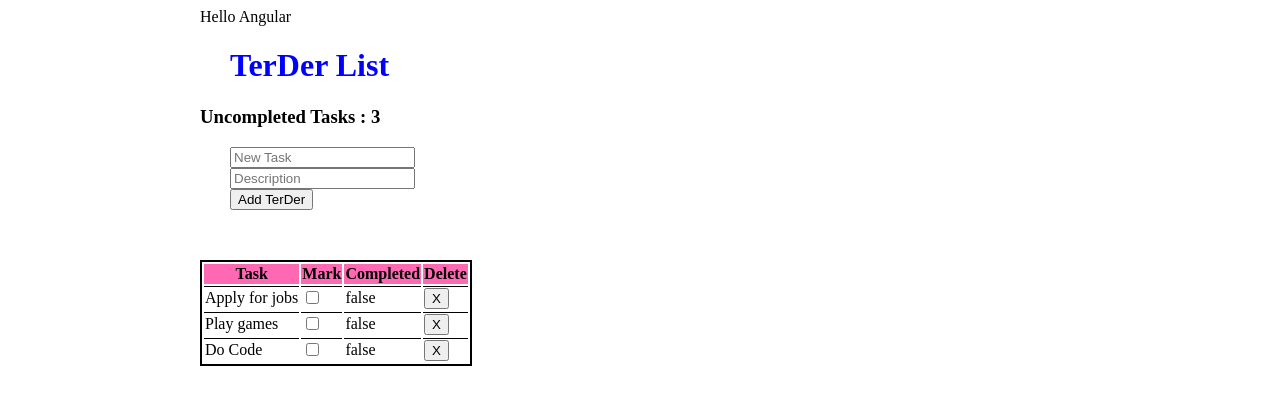
Repository: dstumpe264/AngularTodo
Page: http://localhost/MVCProject/
The author's editor kept a copy of each file at every save. The page is drawn from the files as they stood at one save, then again after the next save.
The browser window is 1280 px wide. The pictures show the whole page.
Some web libraries are served in a nearby version. The page is served by Tomcat 9. Other server files are loaded and not shown.

Above is the page before, as saved 2018-01-05 18:25:29.

### MVCProject/WebContent/index.html
<!DOCTYPE html>
<html ng-app="appModule">
<head>
<meta charset="UTF-8">
<title>ngTodo</title>
<script
	src=https://cdnjs.cloudflare.com/ajax/libs/angular.js/1.5.7/angular.min.js>
</script>
<script src="https://ajax.googleapis.com/ajax/libs/jquery/3.2.1/jquery.min.js"></script>
<script src='app/appModule/app.module.js'></script>
<script src='app/appModule/todoList/todoList.component.js'></script>
<script src='app/appModule/todo.service.js'></script>
<link rel="stylesheet" type="text/css" href="css/app.css">
</head>
<body>
{{ 'Hello Angular' }}
<br>
<todo-list></todo-list>
</body>
</html>

### MVCProject/WebContent/app/appModule/app.module.js
angular.module('appModule', []);

### MVCProject/WebContent/app/appModule/todoList/todoList.component.js


angular.module('appModule')
.component('todoList',{
	templateUrl : 'app/appModule/todoList/todoList.component.html',
	controller :	 function(todoService) {
		var vm = this;


		vm.selected = null;
		vm.edit = null;


	    vm.todos = [];

	    vm.todos = todoService.index();

	    vm.getNumTodos = function(todos){
	    	var counter = 0;
	    		todos.forEach(function(todo){
	    			if (todo.completed === false) {
						counter++;
					}
	    		})
	    		return counter;
	    }

	    vm.addTodo = function(todo){
	    		todoService.create(todo);
	    		vm.todos = todoService.index();
	    }


			vm.detailedView = function(todo){
				var copy = angular.copy(todo);
				vm.selected = copy;
			}

			vm.setEditTodo = function(todo){
				vm.editTodo = angular.copy(vm.selected);

			}
			vm.updateTodo = function(todo){
				todoService.update(todo);
				vm.selected = null;
			}
			vm.displayTable = function(){
				vm.selected = null;
			}
			vm.destroy = function(todo){
				console.log(todo);
				todoService.destroy(todo);
				vm.todos = todoService.index();
				vm.selected = null;
			}

	},
	controllerAs : 'vm'
})

### MVCProject/WebContent/app/appModule/todo.service.js
angular.module('appModule')
.factory('todoService', function(){
	var service = {};

	var todos = [
        {
	          id : 1,
	          task : 'Apply for jobs',
	          description : '',
	          completed : false
	        },
	        {
	          id : 2,
	          task : 'Play games',
	          description : '',
	          completed : false
	        },
	        {
	          id : 3,
	          task : 'Do Code',
	          description : '',
	          completed :  false
	        }
	];

	service.index = function(){
		return todos;
	};
	service.create = function(todo){
		var copy = angular.copy(todo);
//		todo.description = '';
		todo.completed = false;
		todo.id = generateId();
		todos.push(todo);
	};
    var generateId = function() {
  	  return todos[todos.length-1].id + 1;
  	};

	service.update = function(todo){
		todos.forEach(function(item, index, array){
			if (item.id === todo.id) {
				array.splice(index, 1, todo);
			}
		});
	};

	service.destroy = function(todo){
		todos.forEach(function(item, index, array){
			if (item.id === todo.id) {
				array.splice(index, 1);
			}
		});

	};

	return service;
})

### MVCProject/WebContent/css/app.css
body{
	margin-left: 200px;
}
h1{
  color: blue;
  margin-left:30px;
}
table{
  border: 2px solid;
  margin-top: 50px;
}
td{
  border-top: solid 1px;
}
thead{
	background-color: hotpink;
}
.detail{
	width: 35%;
	border: solid 2px;
	text-align: center;
	  margin-top: 50px;
}
.add{
	margin-left:30px;
}

### MVCProject/WebContent/app/appModule/todoList/todoList.component.html
<h1>TerDer List</h1>
<h3>Uncompleted Tasks : {{vm.getNumTodos(vm.todos)}}</h3>
<form ng-hide="vm.selected" class="add">
  <input type="text" placeholder="New Task" ng-model="todo.task"><br>
  <input type="text" placeholder="Description" ng-model="todo.description"><br>
  <input type="submit" ng-click="vm.addTodo(todo); todo = {}" value="Add TerDer">
</form>
<table ng-show="!vm.selected">
  <thead>
    <tr>
      <th>Task</th>
      <th>Mark</th>
      <th>Completed</th>
      <th>Delete</th>
    </tr>
</thead>
  <tbody>
    <tr ng-repeat="todo in vm.todos">
      <td ng-click="vm.detailedView(todo)">{{todo.task}}</td>
      <td><input type="checkbox" ng-model="todo.completed">  </td>
      <td>{{todo.completed}}</td>
      <td><button type="button" ng-click="vm.destroy(todo)">X</button></td>
    </tr>
  </tbody>
</table>
<div class="detail" ng-model="vm.selected" ng-show="vm.selected">
<h2>Detailed View</h1>
<hr>
  <h2>Task: {{vm.selected.task}}</h2>
  <h4>Description: {{vm.selected.description}}</h4>
  <h4>Completed: {{vm.selected.completed}}</h4>
  <div ng-model="vm.editTodo" ng-show="vm.editTodo">
    <form>
      <input type="text" placeholder="Task" ng-model="vm.editTodo.task"><br>
      <input type="text" placeholder="Description" ng-model="vm.editTodo.description"><br>
      <input type="submit" ng-click="vm.updateTodo(vm.editTodo); vm.editTodo = false" value="Save">
      <input type="submit" ng-click="vm.editTodo = null" value="Cancel">
    </form>
  </div>
  <button type="button" ng-click="vm.setEditTodo()">Edit</button>
  <button type="button" ng-click="vm.destroy(vm.selected)">Delete</button>
  <button type="button" ng-click="vm.displayTable(); vm.editTodo = null">Return</button>
</div>

After the next save:
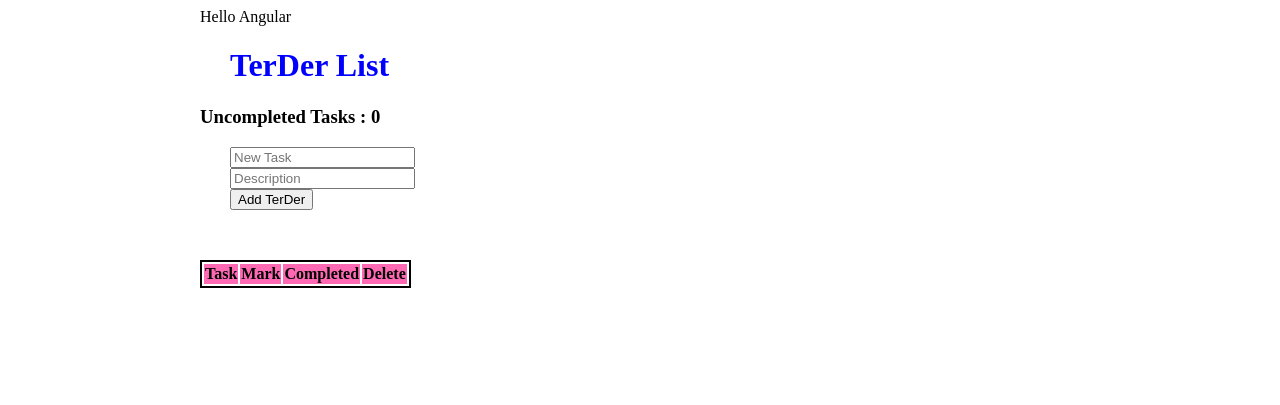
Saved 6 min 53 s later.
--- a/MVCProject/WebContent/app/appModule/todo.service.js
+++ b/MVCProject/WebContent/app/appModule/todo.service.js
@@ -2,26 +2,9 @@ angular.module('appModule')
 .factory('todoService', function(){
 	var service = {};
 
-	var todos = [
-        {
-	          id : 1,
-	          task : 'Apply for jobs',
-	          description : '',
-	          completed : false
-	        },
-	        {
-	          id : 2,
-	          task : 'Play games',
-	          description : '',
-	          completed : false
-	        },
-	        {
-	          id : 3,
-	          task : 'Do Code',
-	          description : '',
-	          completed :  false
-	        }
-	];
+	var todos = [];
+
+
 
 	service.index = function(){
 		return todos;
